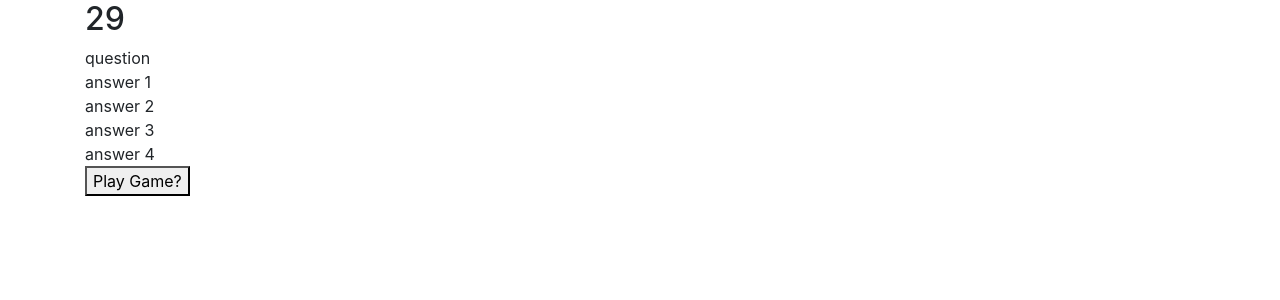
Repository: dsaftler/Trivia
Page: index.html
The author's editor kept a copy of each file at every save. The page is drawn from the files as they stood at one save, then again after the next save.
The browser window is 1280 px wide. The pictures show the whole page.
After loading, the first visible `#newGame` was clicked once.

Above is the page before, as saved 2019-04-12 18:57:52.

After the next save:
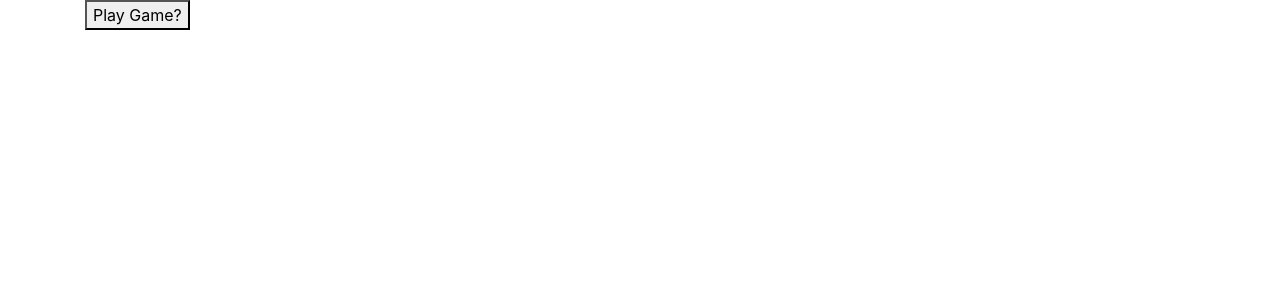
Console error: TypeError: document.showTime is not a function
Saved 62 s later.
--- a/assets/javascript/app.js
+++ b/assets/javascript/app.js
@@ -60,6 +60,10 @@
   wrongs = 0;
   misses = 0;
   seconds = 30;
+
+  GameState = States.PLAYING;
+
+  document.
 
   showTime();
   newQuestion();

After the save that followed:
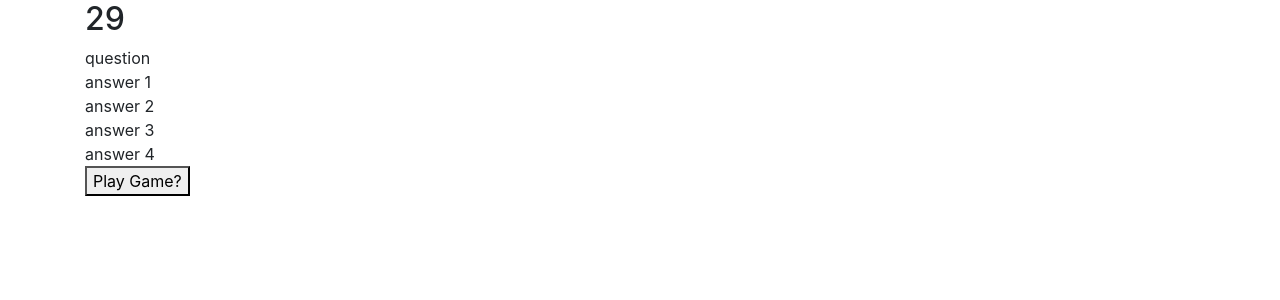
The error is gone.
Saved 49 s later.
--- a/assets/javascript/app.js
+++ b/assets/javascript/app.js
@@ -60,10 +60,9 @@
   wrongs = 0;
   misses = 0;
   seconds = 30;
-
   GameState = States.PLAYING;
 
-  document.
+  $("newGame").hide();
 
   showTime();
   newQuestion();
